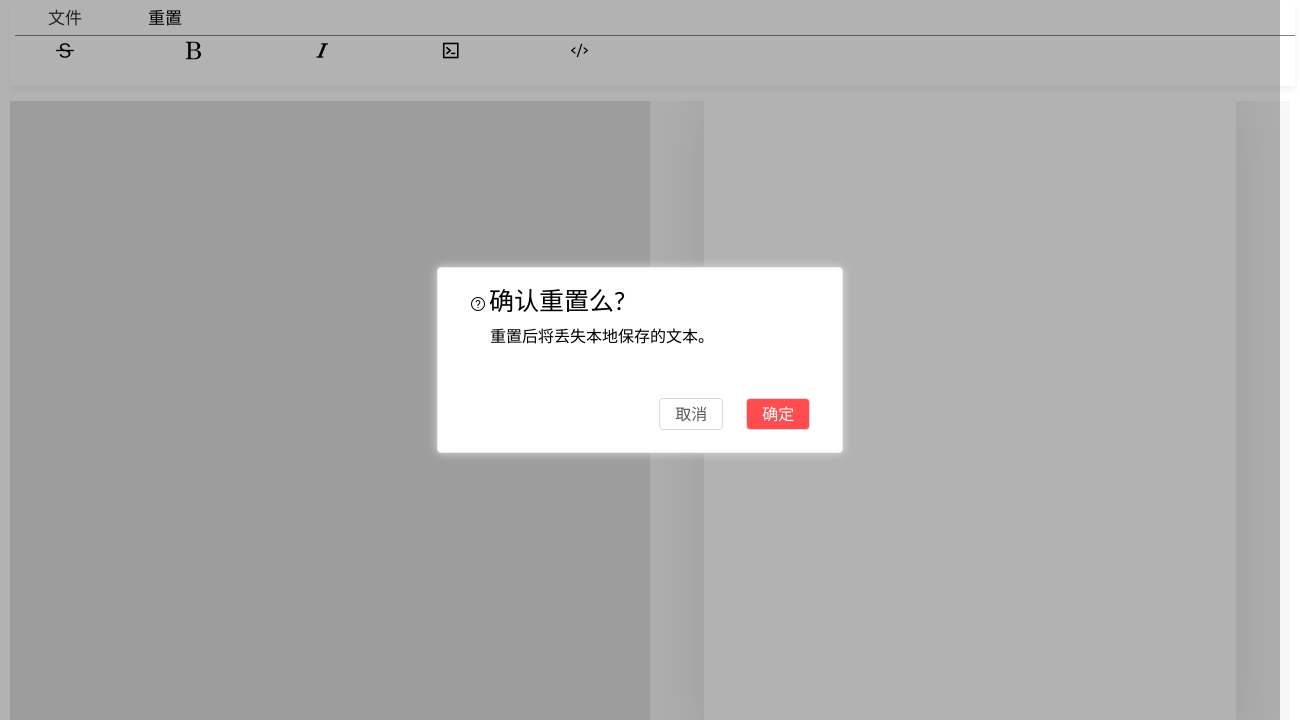
Repository: Wanghd6/Task
Page: / (app in task3_md_react/), after clicking the first element matching `li.reseticon`
These files come from the project's save history. The page is drawn as it stood at one moment and after the next save; the edit follows.
The browser window is 1280 px wide. The page is 1300 px wide, so the pictures cover 1300 px, including what lies to the right of the window. The pictures show the whole page.
The project was rebuilt for these pictures with package versions that can differ from the ones it lists, and the page was loaded fresh each time.

Above is the page before, as saved 2024-09-25 20:43:29.

After the next save:
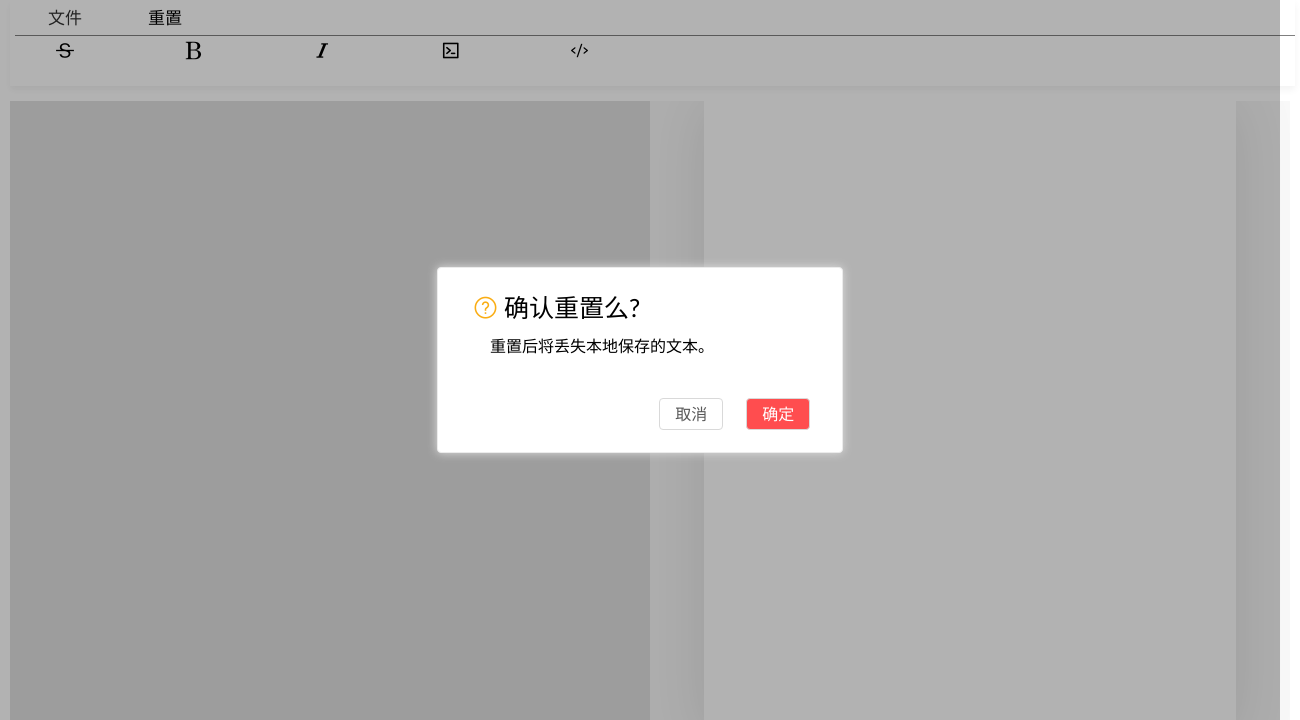
Saved 49 s later.
--- a/task3_md_react/src/style.css
+++ b/task3_md_react/src/style.css
@@ -394,7 +394,7 @@ table tr td:nth-of-type(n) {
     padding: 3px 0px;
 }
 
-.reset .tittle .icon {
+.icon {
     font-size: 25px;
     padding: 3px;
     color: #faad14;
